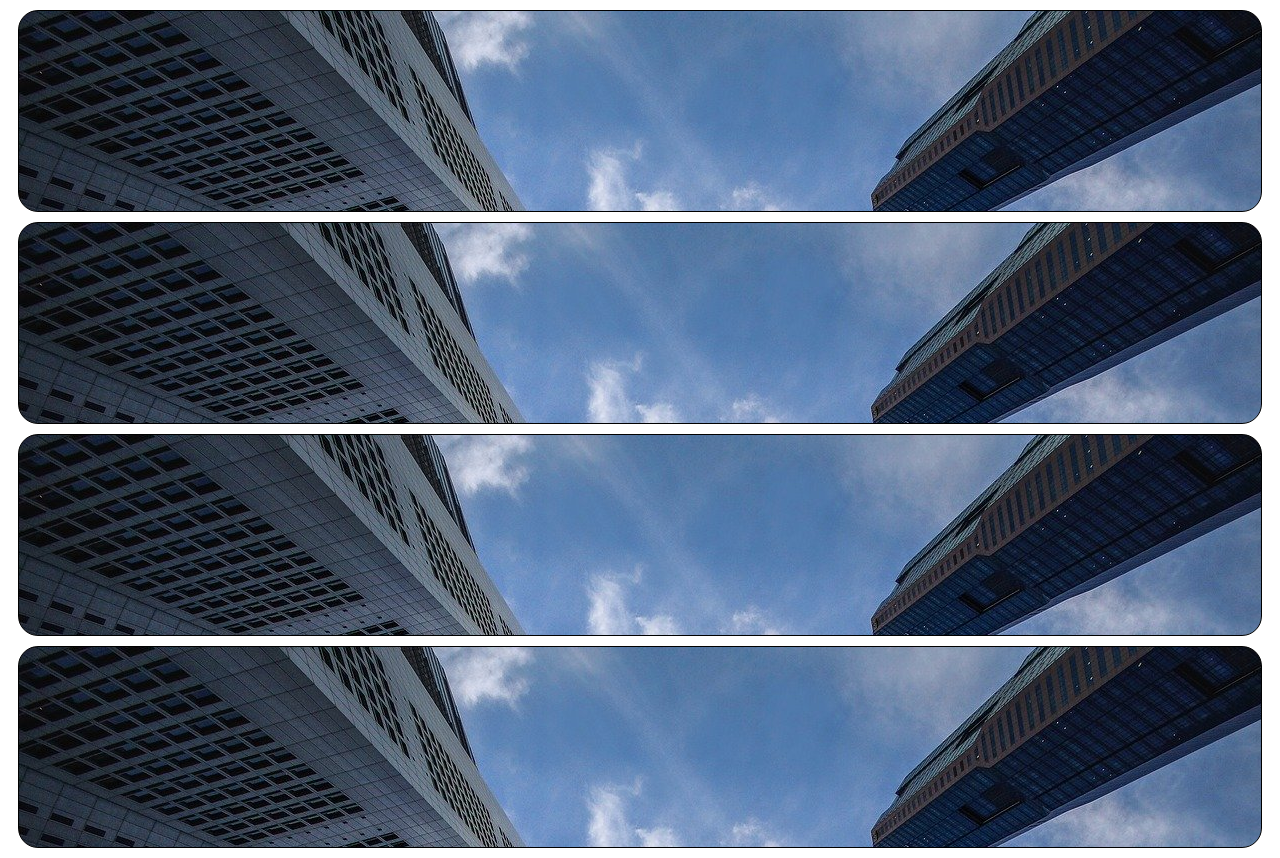
Repository: gustavotwist/html-css
Page: ex22/fundo02.html
An editor plug-in stored every save of this project. The page is shown before and after the next save, followed by the edit.
The browser window is 1280 px wide. The pictures show the whole page.

Above is the page before, as saved 2024-04-10 22:48:44.

### ex22/fundo02.html
<!DOCTYPE html>
<html lang="pt-br">
<head>
    <meta charset="UTF-8">
    <meta name="viewport" content="width=device-width, initial-scale=1.0">
    <title>Posição dos Fundos</title>
    <style>
        div.bloco {
            background-image:url('imagens/wallpaper002.jpg');
            height: 200px;
            border: 1px solid black;
            border-radius: 20px;
            margin: 10px;
        }

        div#q1 {
            background-position: left top;
        }

        div#q2 {
            background-position: left center;
        }

        div#q3 {
            background-position: right bottom;
        }

        div#q4 {
            background-position: center center;
        }
    </style>
</head>
<body>
   <div class="bloco" id="q1">

   </div>
   <div class="bloco" id="">

   </div>
   <div class="bloco">

   </div>
   <div class="bloco">

   </div>
</body>
</html>

After the next save:
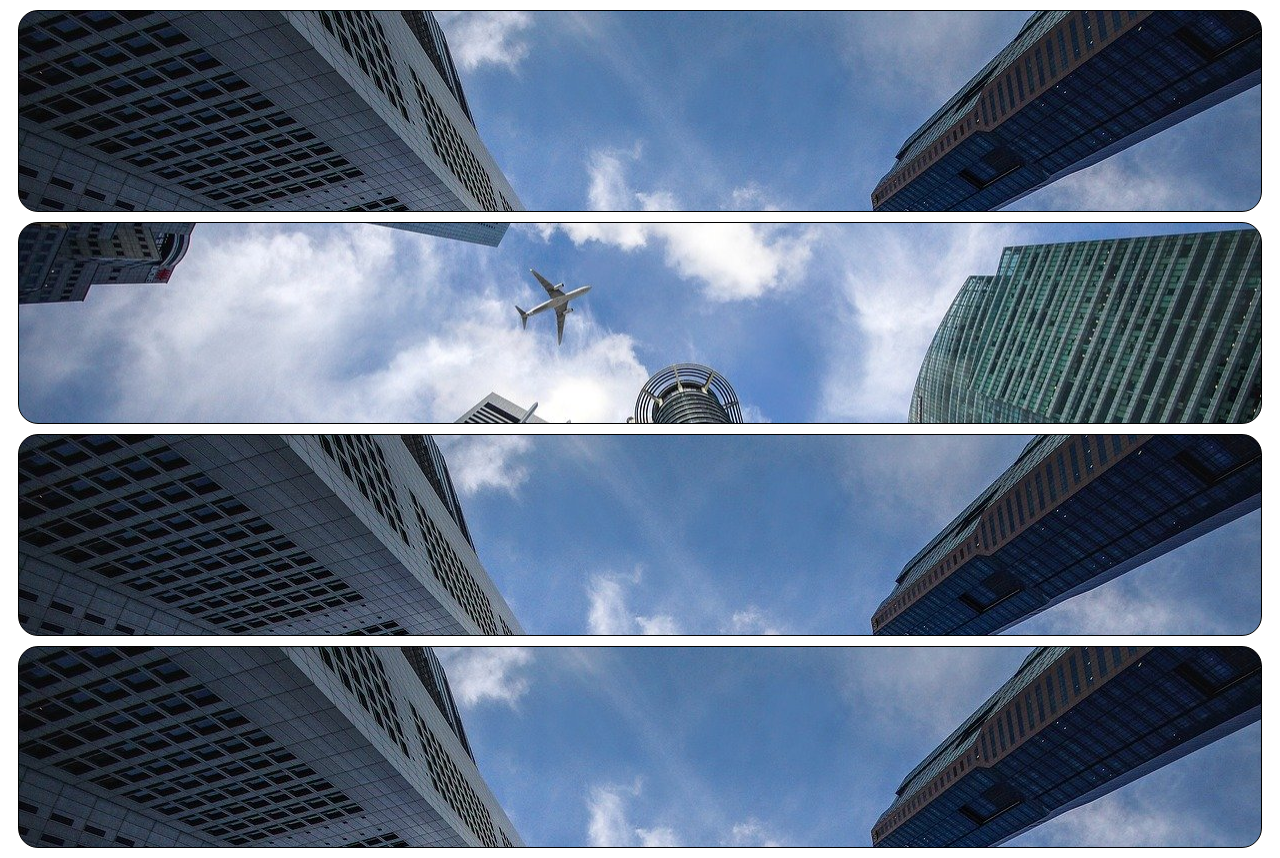
Saved 4 s later.
--- a/ex22/fundo02.html
+++ b/ex22/fundo02.html
@@ -34,7 +34,7 @@
    <div class="bloco" id="q1">
 
    </div>
-   <div class="bloco" id="">
+   <div class="bloco" id="q2">
 
    </div>
    <div class="bloco">
